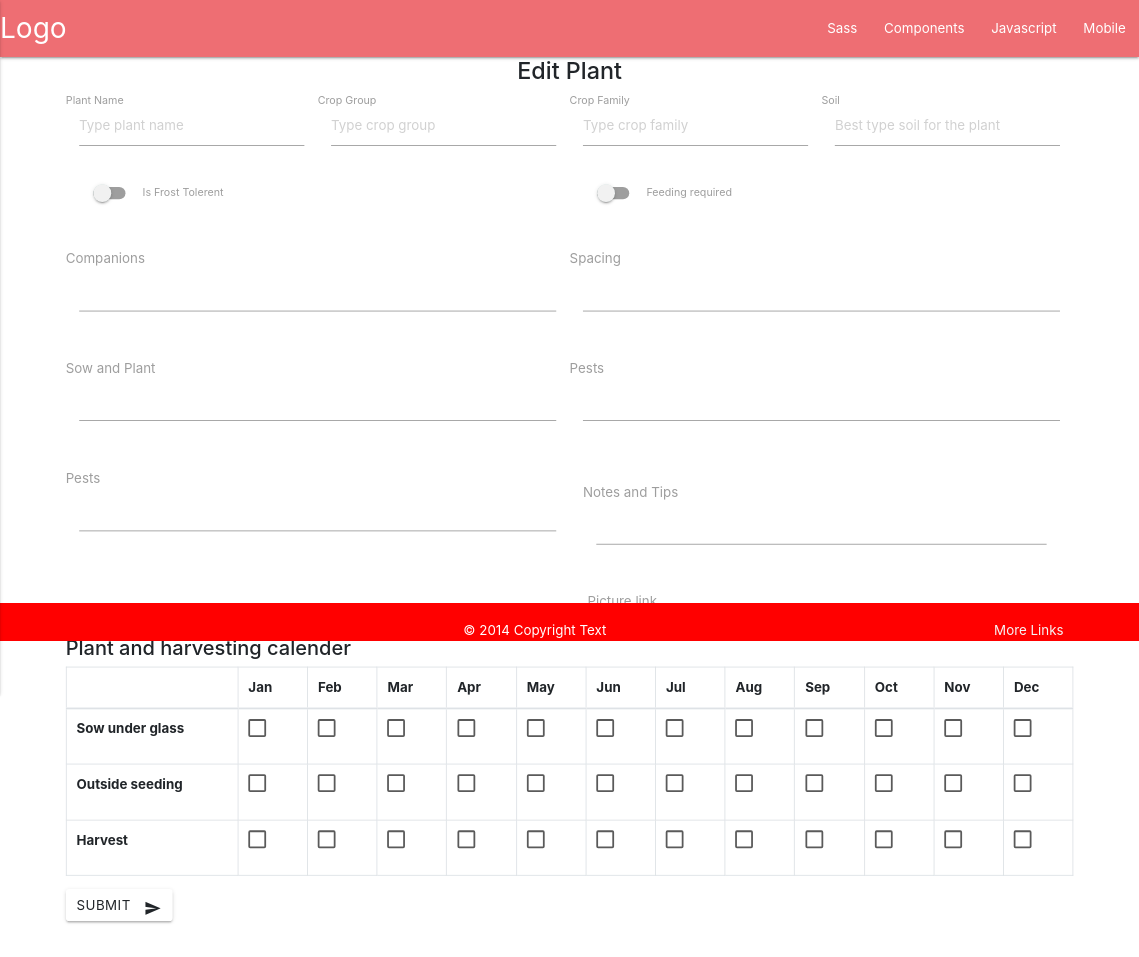
Repository: Lemoenskil/Milestone_project_3_Garden_planner
Page: templates/update_plant.html
The author's editor kept a record of every edit. The page is drawn from the files as they stood at one moment, then again after the next edit.
The browser window is 1280 px wide. The pictures show the whole page, at 89% of full size.
Some web libraries are served in a nearby version. The page is served by the project's application, run on Flask 3 (app.py). The template is opened directly, without the code that normally fills it, so the values that code supplies are empty.

Above is the page before.
Console error: TypeError: $(...).floatingActionButton is not a function

### templates/update_plant.html
{% extends "base.html" %}
{% block content %}

  <div class="row">
    <form action="{{ url_for('edit_plant', plant_id=plant._id) }}" method="POST" class="col s12">
      <h3 class="header-edit-form">Edit Plant</h3>
        <div class="row">
            <div class="input-field col-sm-12 col-md-6 col-lg-3">
              <input placeholder = "Type plant name" id="plant_name" type="text" name ="plant_name" value = "{{plant.plant_name }}"  >
              <label for="plant_name">Plant Name</label>
            </div>
            <div class="input-field col-sm-12 col-md-6 col-lg-3">
              <input placeholder="Type crop group" id="crop_group" type="text" name="crop_group" value="{{plant.crop_group }}">
              <label for="crop_group">Crop Group</label>
            </div>
            <div class="input-field col-sm-12 col-md-6 col-lg-3">
              <input placeholder="Type crop family" id="crop_family" type="text" name="crop_family" value="{{plant.crop_family }}">
              <label for="crop_family">Crop Family</label>
            </div>
            <div class="input-field col-sm-12 col-md-6 col-lg-3">
              <input placeholder="Best type soil for the plant" id="soil" type="text" name="soil" value="{{plant.soil }}">
              <label for="soil">Soil</label>
            </div>
        </div>
        <div class ="row">
            <div class="switch col-sm-12 col-md-6">
                <label>
                  {% if plant.frost_tolerant %}
                          <input id="frost_tolerant" name="frost_tolerant" type="checkbox" checked>
                    {% else %}
                         <input id="frost_tolerant" name="frost_tolerant" type="checkbox">
                    {% endif%}
                  <span class="lever"></span>
                  Is Frost Tolerent
                </label>
            </div>
            <div class="switch col-sm-12 col-md-6">
                <label>
                  {% if plant.feeding %}
                          <input id="feeding" name="feeding" type="checkbox" checked>
                    {% else %}
                         <input id="feeding" name="feeding" type="checkbox">
                    {% endif%}
                  <span class="lever"></span>
                  Feeding required
                </label>
            </div>
        </div>
      <div class="row">
        <div class="input-field col-sm-12 col-md-6">
          <textarea id="companions" name="companions" class="materialize-textarea">{{plant.companions }}</textarea>
          <label for="companions">Companions</label>
        </div>
        <div class="input-field col-sm-12 col-md-6">
          <textarea id="spacing" name="spacing" class="materialize-textarea">{{plant.spacing }}</textarea>
          <label for="spacing">Spacing</label>
        </div>
        <div class="input-field col-sm-12 col-md-6">
          <textarea id="Sow_and_Plant" name="Sow_and_Plant" class="materialize-textarea">{{plant.Sow_and_Plant }}</textarea>
          <label for="Sow_and_Plant">Sow and Plant</label>
        </div>
        <div class="input-field col-sm-12 col-md-6">
          <textarea id="Pe" name="Pests" class="materialize-textarea">{{plant.Pests }}</textarea>
          <label for="Pests">Pests</label>
        </div>
        <div class="input-field col-sm-12 col-md-6">
          <textarea id="Pests" name="Pests" class="materialize-textarea">{{plant.Pests }}</textarea>
          <label for="Pests">Pests</label>
        </div>
        <div class="input-field col-sm-12 col-md-6">

        <div class="input-field col-sm-12 col-md-12">
          <textarea id="Note" name="Note" class="materialize-textarea">{{plant.Note }}</textarea>
          <label for="Note">Notes and Tips</label>
        </div>
        <div class="input-field inline col-sm-12 col-md-12">
          <input id="picture_link" name="picture_link" type="url" class="validate" value = "{{plant.picture_link }}">
          <label for="picture_link" data-error="wrong" data-success="right">Picture link</label>
        </div>
      </div>

      <table class="table table-bordered ">
                <h4> Plant and harvesting calender</h4>
                <thead>
                    <tr>
                        <th scope="col"></th>
                        <th scope="col">Jan</th>
                        <th scope="col">Feb</th>
                        <th scope="col">Mar</th>
                        <th scope="col">Apr</th>
                        <th scope="col">May</th>
                        <th scope="col">Jun</th>
                        <th scope="col">Jul</th>
                        <th scope="col">Aug</th>
                        <th scope="col">Sep</th>
                        <th scope="col">Oct</th>
                        <th scope="col">Nov</th>
                        <th scope="col">Dec</th>
                    </tr>
                </thead>
                <tbody>
                    <tr>
                        <th scope="row">Sow under glass</th>
                        {% for month in range(1, 13) %}
                          <td>
                            {% if month in plant.value_sowing_under_glass %}
                                <input name="sowing-under-glass-{{month}}" type="checkbox" class="filled-in" id="sowing-under-glass-{{month}}" checked/>
                                <label for="sowing-under-glass-{{month}}"></label>
                            {% else %}
                                <input name="sowing-under-glass-{{month}}" type="checkbox" class="filled-in" id="sowing-under-glass-{{month}}"  />
                                <label for="sowing-under-glass-{{month}}"></label>
                         {% endif %}
                          </td>
                        {% endfor %}
                    </tr>
                    <tr>
                      <th scope="row">Outside seeding</th>
                      {% for month in range(1, 13) %}
                        <td>
                            {% if month in plant.value_outside_seeding %}
                                <input name="outside-seeding-{{month}}" type="checkbox" class="filled-in" id="outside-seeding-{{month}}" checked/>
                                <label for="outside-seeding-{{month}}"></label>
                            {% else %}
                                <input name="outside-seeding-{{month}}" type="checkbox" class="filled-in" id="outside-seeding-{{month}}" />
                                <label for="outside-seeding-{{month}}"></label>
                            {% endif %}
                        </td>
                        {% endfor %}
                    </tr>
                    <tr>
                      <th scope="row">Harvest</th>
                      {% for month in range(1, 13) %}
                        <td>
                            {% if month in plant.value_harvest %}
                                <input name="harvest-{{month}}" type="checkbox" class="filled-in" id="harvest-{{month}}" checked/>
                                <label for="harvest-{{month}}"></label>
                            {% else %}
                                <input name="harvest-{{month}}" type="checkbox" class="filled-in" id="harvest-{{month}}" />
                                <label for="harvest-{{month}}"></label>
                            {% endif %}
                        </td>
                        {% endfor %}
                    </tr>
                </tbody>
            </table>

      <button class="btn waves-effect waves-light" type="submit" name="action">Submit
        <i class="material-icons right">send</i>
      </button>

    </form>
  </div>

{% endblock %}

### templates/base.html
<!DOCTYPE html>
<html lang="en">
<head>
    <meta charset="UTF-8">
    <meta name="viewport" content="width=device-width, initial-scale=1.0">
    <meta http-equiv="X-UA-Compatible" content="ie=edge">
    <link href="https://fonts.googleapis.com/icon?family=Material+Icons" rel="stylesheet">
    <link rel="stylesheet" href="https://cdnjs.cloudflare.com/ajax/libs/materialize/0.100.2/css/materialize.min.css">
    <link href="https://stackpath.bootstrapcdn.com/bootstrap/4.4.1/css/bootstrap.min.css" rel="stylesheet" integrity="sha384-Vkoo8x4CGsO3+Hhxv8T/Q5PaXtkKtu6ug5TOeNV6gBiFeWPGFN9MuhOf23Q9Ifjh" crossorigin="anonymous">
    <link rel="stylesheet" href="{{url_for('static', filename='css/style.css')}}" type="text/css" />
    <title>Garden Planner</title>
</head>
<body>
    <header>
       <nav>
            <div class="nav-wrapper">
                <a href="#!" class="brand-logo">Logo</a>
                <a href="#" data-activates="mobile-demo" class="button-collapse"><i class="material-icons">menu</i></a>
                <ul class="right hide-on-med-and-down">
                    <li><a href="sass.html">Sass</a></li>
                    <li><a href="badges.html">Components</a></li>
                    <li><a href="collapsible.html">Javascript</a></li>
                    <li><a href="mobile.html">Mobile</a></li>
                </ul>
                <ul class="side-nav" id="mobile-demo">
                    <li><a href="sass.html">Sass</a></li>
                    <li><a href="badges.html">Components</a></li>
                    <li><a href="collapsible.html">Javascript</a></li>
                    <li><a href="mobile.html">Mobile</a></li>
                </ul>
            </div>
        </nav>
    </header>

    <main class="container">
        {% block content %}{% endblock %}
    </main>

    <footer class="page-footer">
        <div class="container" class="footer-copyright">
            © 2014 Copyright Text
            <a class="grey-text text-lighten-4 right" href="#!">More Links</a>
        </div>
    </footer>
    <script src="https://code.jquery.com/jquery-3.4.1.slim.min.js" integrity="sha384-J6qa4849blE2+poT4WnyKhv5vZF5SrPo0iEjwBvKU7imGFAV0wwj1yYfoRSJoZ+n" crossorigin="anonymous"></script>
    <script src="https://cdnjs.cloudflare.com/ajax/libs/jquery/3.2.1/jquery.min.js"></script>
    <script src="https://stackpath.bootstrapcdn.com/bootstrap/4.4.1/js/bootstrap.min.js"></script>
    <script src="https://cdnjs.cloudflare.com/ajax/libs/materialize/0.100.2/js/materialize.min.js"></script>
    <script src="https://maxcdn.bootstrapcdn.com/bootstrap/4.1.1/js/bootstrap.min.js"></script>
    <script type="text/javascript">
        $(document).ready(function() {
            $(".button-collapse").sideNav();
            $('.fixed-action-btn').floatingActionButton();
        });


    </script>
</body>
</html>

### app.py
import os
from flask import Flask, render_template, redirect, request, url_for
from flask_pymongo import PyMongo, DESCENDING
from bson.objectid import ObjectId


app = Flask ("----name----")
app.config["MONGO_DBNAME"] = 'garden_planner'
app.config["MONGO_URI"] = 'mongodb+srv://CP3O:iYmkh8QOgi2fhu2y@lemoenskil-4vjdx.mongodb.net/garden_planner?retryWrites=true&w=majority'

mongo = PyMongo(app)

@app.route('/')
@app.route('/plant_records')
def get_plant_record():
    plant_cards = mongo.db.plant_data.find().sort([('views', DESCENDING)]).limit(6)
    return render_template("plant_records.html", title="Home", plants=plant_cards)


@app.route('/view_plant/<plant_id>')
def view_plant(plant_id):
    """Shows full plant details"""
    mongo.db.plant_data.find_one(
        {'_id': ObjectId(plant_id)},
    )
    plant_db = mongo.db.plant_data.find_one_or_404({'_id': ObjectId(plant_id)})
    return render_template("view_plant.html", plant=plant_db)

@app.route('/update_plant/<plant_id>')
def update_plant(plant_id):
    plants =  mongo.db.plant_data.find_one({"_id": ObjectId(plant_id)})
    return render_template('update_plant.html', plant=plants)


@app.route('/edit_plant/<plant_id>', methods=["POST"])
def edit_plant(plant_id):
    plants = mongo.db.plant_data
    value_sowing_under_glass = [ month for month in range(1, 13) if f"sowing-under-glass-{month}" in request.form ]
    print(value_sowing_under_glass)
    print(request.form)
    plant_data = {
        'plant_name':request.form.get('plant_name'),
        'picture_link':request.form.get('picture_link'),
        'crop_group': request.form.get('crop_group'),
        'crop_family': request.form.get('crop_family'),
        'soil':request.form.get('soil'),
        'frost_tolerant':request.form.get('frost_tolerant'),
        'feeding':request.form.get('feeding'),
        'companions':request.form.get('companions'),
        'spacing':request.form.get('spacing'),
        'Sow_and_Plant':request.form.get('Sow_and_Plant'),
        'Harvesting':request.form.get('Harvesting'),
        'Pests':request.form.get('Pests'),
        'Note':request.form.get('Note'),
    }
    print(plant_data)
    #plants.update( {'_id': ObjectId(plant_id)}, plant_data)
    return redirect(url_for('get_plant_record'))

if __name__ == '__main__':
    app.run(host=os.environ.get('IP'),
            port=int(os.environ.get('PORT')),
            debug=True)

### static/css/style.css
.mt-5, .my-5 {
    margin: 2rem!important;
}

.card{
  width: 100%;
}

body {
  display: flex;
  min-height: 100vh;
  flex-direction: column;
}

main {
  flex: 1 0 auto;
}


.page-footer{
    position: fixed;
   left: 0;
   bottom: 0;
   width: 100%;
   background-color: red;
   color: white;
   text-align: center;
}

.card-sm{
  margin-bottom: 50px;
}

.form-control-borderless {
    border: none;
}

.form-control-borderless:hover, .form-control-borderless:active, .form-control-borderless:focus {
    border: none;
    outline: none;
    box-shadow: none;
}

.search_box{
    width: 100%;
    margin: 6%;
}
.align-items-center{
    margin: 0px!important;
}

.under-glass{
    background-color: yellow;
}
.outside-seeding {
    background-color: orange;
}

.harvest{
    background-color: green;
}
.header-edit-form{
    text-align: center;
}

After the next edit:
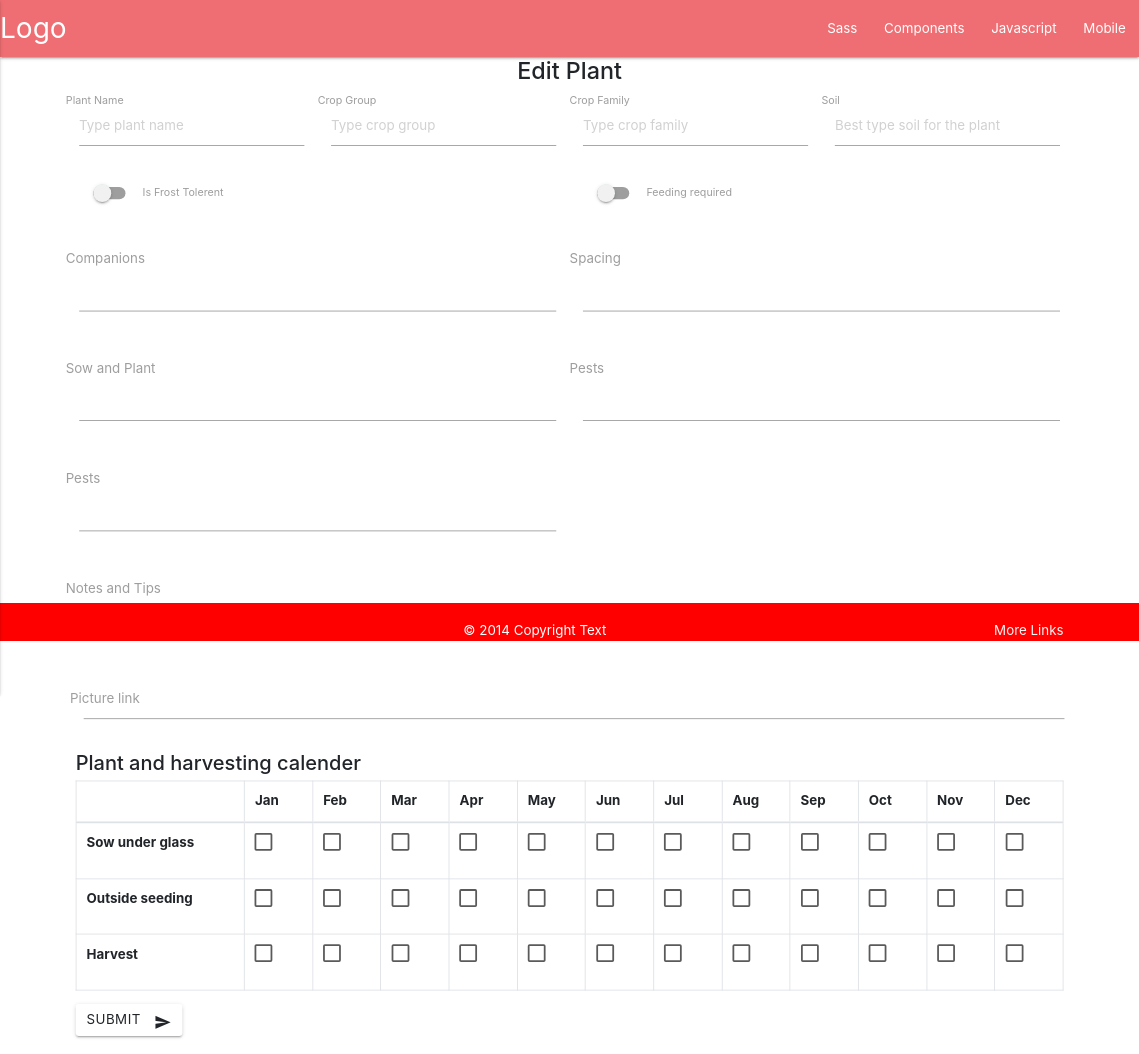
The edit:
--- a/templates/update_plant.html
+++ b/templates/update_plant.html
@@ -67,8 +67,6 @@
           <textarea id="Pests" name="Pests" class="materialize-textarea">{{plant.Pests }}</textarea>
           <label for="Pests">Pests</label>
         </div>
-        <div class="input-field col-sm-12 col-md-6">
-
         <div class="input-field col-sm-12 col-md-12">
           <textarea id="Note" name="Note" class="materialize-textarea">{{plant.Note }}</textarea>
           <label for="Note">Notes and Tips</label>
